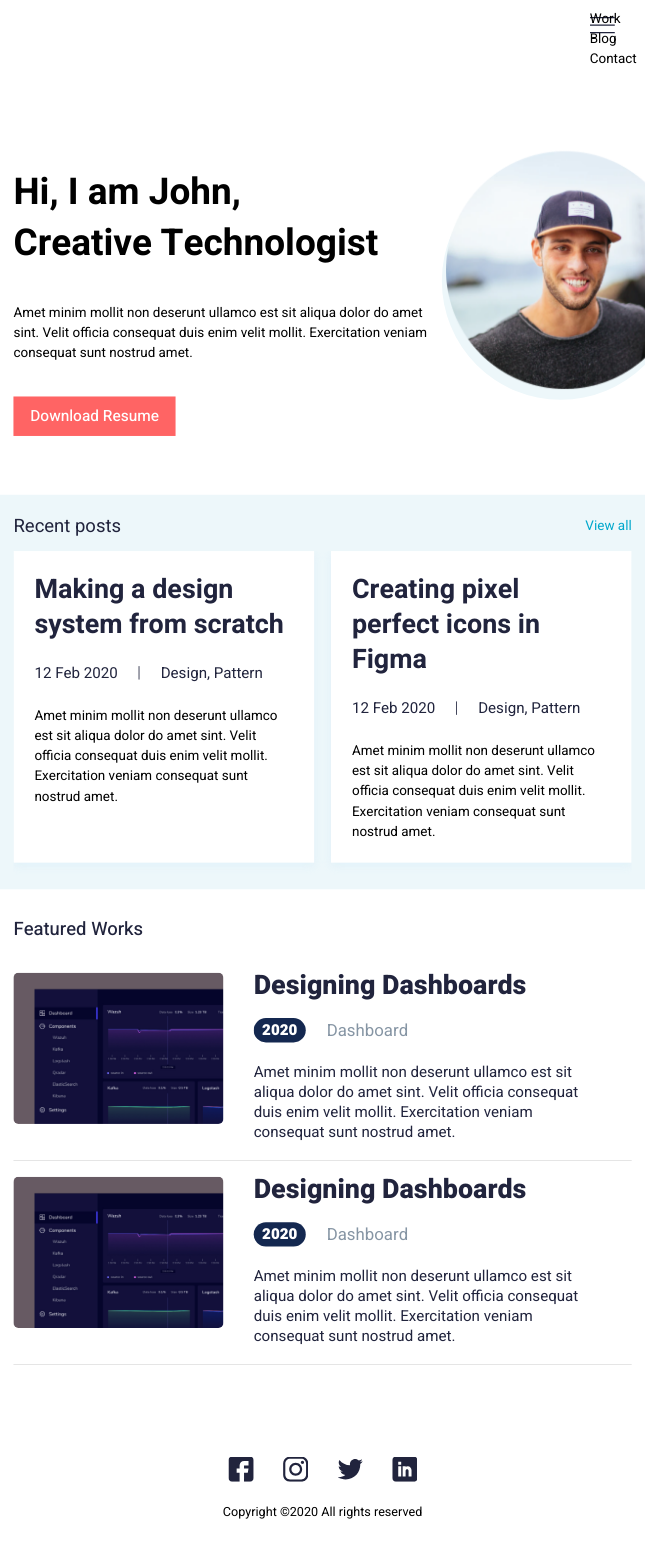
Repository: sharma171/portfolio
Page: /
The author's editor kept a copy of each file at every save. The page is drawn from the files as they stood at one save, then again after the next save.
The browser window is 768 px wide. The pictures show the whole page, at 84% of full size.
The project was rebuilt for these pictures with package versions that can differ from the ones it lists, and the page was loaded fresh each time. The framework's server and built-in components were replaced by stand-ins that run in the browser. Also part of the build but not shown: next.config.mjs.

Above is the page before, as saved 2024-06-02 22:46:59.

After the next save:
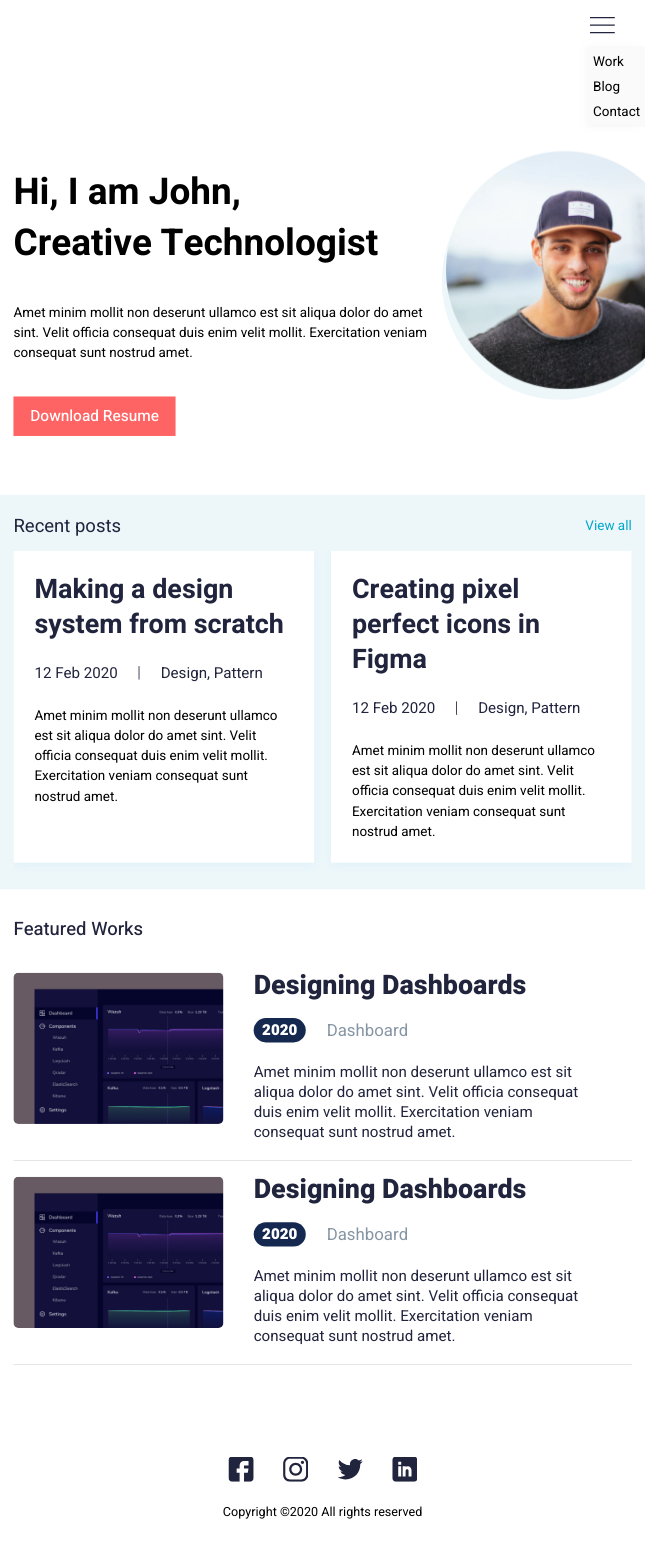
Saved 4 min 41 s later.
--- a/src/app/globals.css
+++ b/src/app/globals.css
@@ -108,10 +108,13 @@ footer .footer-inner .copyright {
   }
   .mob-menu .mob-list {
     position: fixed;
-    top: 0;
+    top: 55px;
     right: 0;
     display: flex;
     flex-direction: column;
-    padding: 10px;
+    padding: 6px;
+    box-shadow: -4px 0px 8px 0px #f5f5f596;
+    gap: 6px;
+    background: #fafafa;
   }
 }
